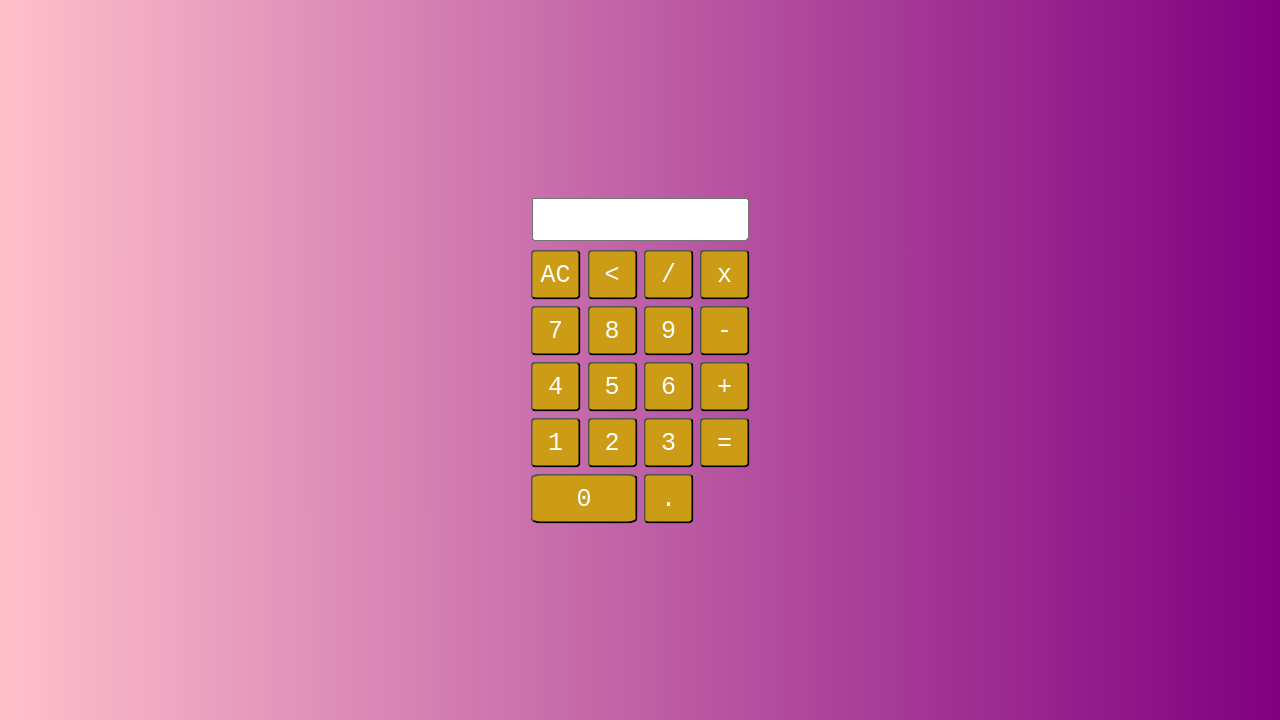
Repository: lacey-crenshaw/calculator
Page: index.html
The author's editor kept a copy of each file at every save. The page is drawn from the files as they stood at one save, then again after the next save.
The browser window is 1280 px wide. The pictures show the whole page.
Some web fonts or font styles are not loaded; a fallback is used.

Above is the page before, as saved 2020-02-14 10:18:15.

### index.html
<html>

<head>
    <link href="https://fonts.googleapis.com/css?family=Cutive+Mono&display=swap" rel="stylesheet">
    <link rel="stylesheet" href="style.css">
    <script>
        function insert(num) {
            document.form.textview.value = document.form.textview.value + num
        }

        function equal() {
            let exp = document.form.textview.value;
            if (exp) {
                document.form.textview.value = eval(exp)
            }
        }

        function ac() {
            document.form.textview.value = "";
        }

        function back() {
            let exp = document.form.textview.value;
            document.form.textview.value = exp.substring(0, exp.length - 1);
        }
    </script>
</head>

<body>
    <div class="bg"></div>
    <div class="main">
        <form name="form">
            <input class="textview" name="textview">
        </form>
        <table>
            <tr>
                <td><input class="button" type="button" value="AC" onclick="ac()"> </td>
                <td><input class="button" type="button" value="<" onclick="back()"> </td>
                <td><input class="button" type="button" value="/" onclick="insert('/')"> </td>
                <td><input class="button" type="button" value="x" onclick="insert('*')"> </td>
            </tr>
            <tr>
                <td><input class="button" type="button" value="7" onclick="insert(7)"></td>
                <td><input class="button" type="button" value="8" onclick="insert(8)"> </td>
                <td><input class="button" type="button" value="9" onclick="insert(9)"> </td>
                <td><input class="button" type="button" value="-" onclick="insert('-')"> </td>
            </tr>
            <tr>
                <td><input class="button" type="button" value="4" onclick="insert(4)"> </td>
                <td><input class="button" type="button" value="5" onclick="insert(5)"> </td>
                <td><input class="button" type="button" value="6" onclick="insert(6)"> </td>
                <td><input class="button" type="button" value="+" onclick="insert('+')"> </td>
            </tr>
            <tr>
                <td><input class="button" type="button" value="1" onclick="insert(1)"> </td>
                <td><input class="button" type="button" value="2" onclick="insert(2)"> </td>
                <td><input class="button" type="button" value="3" onclick="insert(3)"> </td>
                <td><input class="button" type="button" value="=" onclick="equal()"></td>
            </tr>
            <tr>
                <td colspan="2"><input class="button" id="zero" type="button" value="0" onclick="insert(0)">
                </td>
                <td><input class="button" type="button" value="." onclick="insert('.')"> </td>
            </tr>
        </table>
    </div>
</body>

</html>

### style.css
*{
    margin:0;
    padding:0;
}

.button {
    width: 50;
    height: 50;
    font-size: 25;
    margin: 2;
    cursor: pointer;
    background:  #cc9c17;
    color: white;
    font-family: 'Cutive Mono', monospace;
    border-radius: 10%;

}

.textview {
    width: 217;
    margin: 5;
    font-size: 25;
    padding: 5;
    color: #2b2d36;;
    font-family: 'Cutive Mono', monospace;

}

.main {
    position: absolute;
    top: 50%;
    left: 50%;
    transform: translateX(-50%) translateY(-50%);
}

.bg {
    background: linear-gradient(to right, pink, purple);
    height: 100%;
}

#zero {
    width: 107;
}

After the next save:
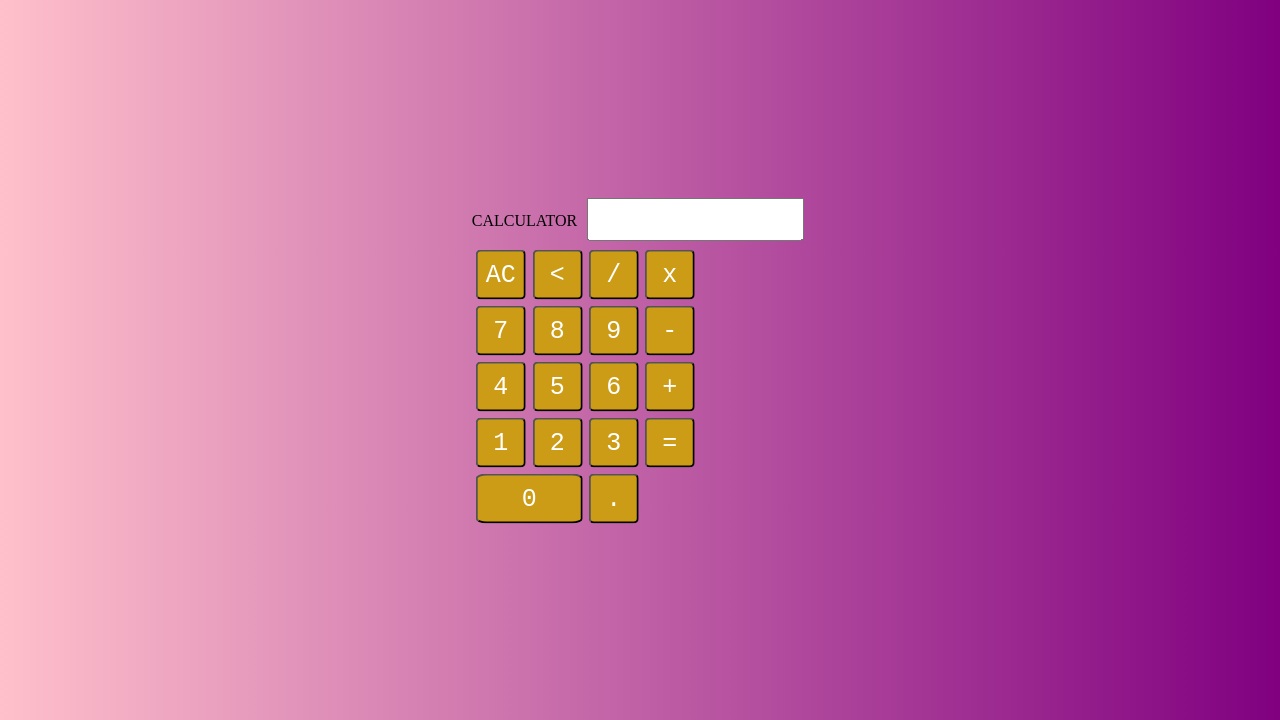
Saved 33 s later.
--- a/index.html
+++ b/index.html
@@ -30,6 +30,7 @@
     <div class="bg"></div>
     <div class="main">
         <form name="form">
+            <label for="form">CALCULATOR</label>
             <input class="textview" name="textview">
         </form>
         <table>
